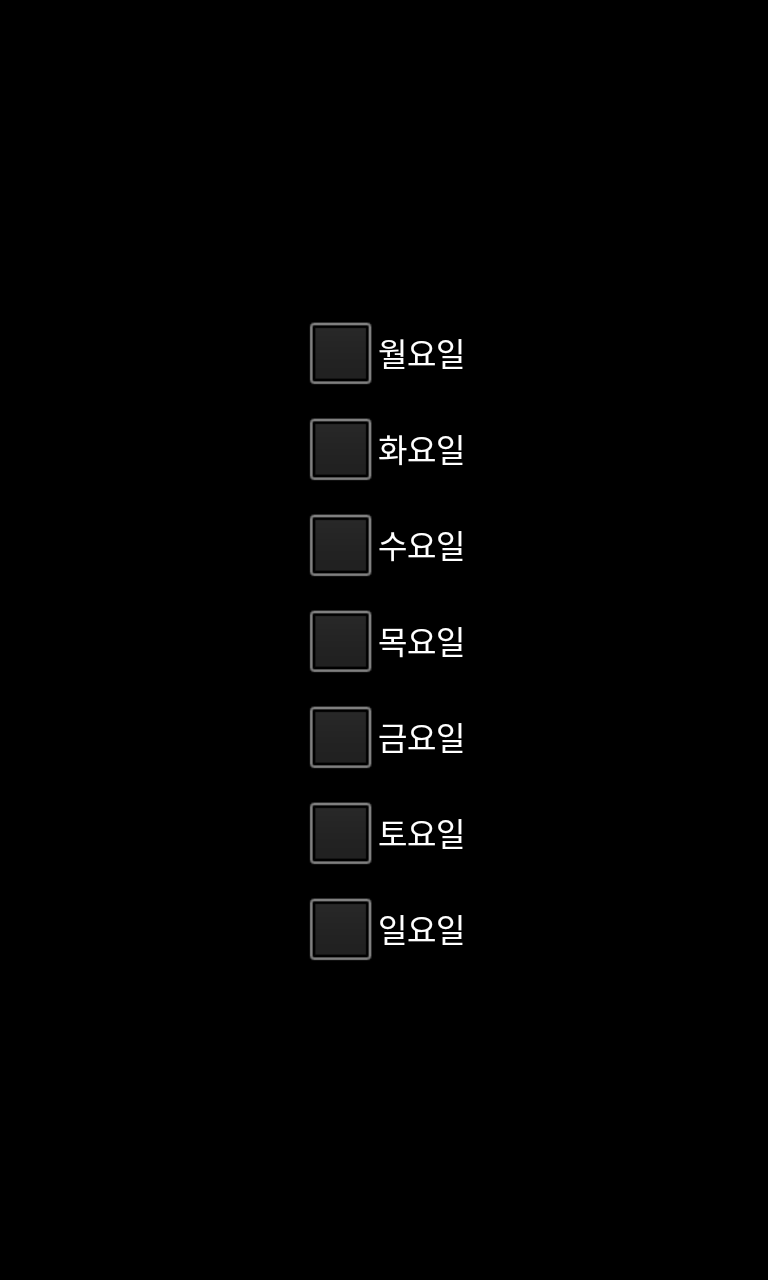
Repository: blacky512/smart_morning_call
Layout: client/SmartMorningCall/res/layout/dayselect_frag.xml
These files come from the project's save history. The layout is drawn as it stood at one moment and after the next save; the edit follows.
It is drawn on a 768 x 1280 px phone screen (xhdpi) without system bars, with theme android:Theme.NoTitleBar; the app's code is not run.

Above is the layout before, as saved 2013-02-19 12:46:51.

After the next save:
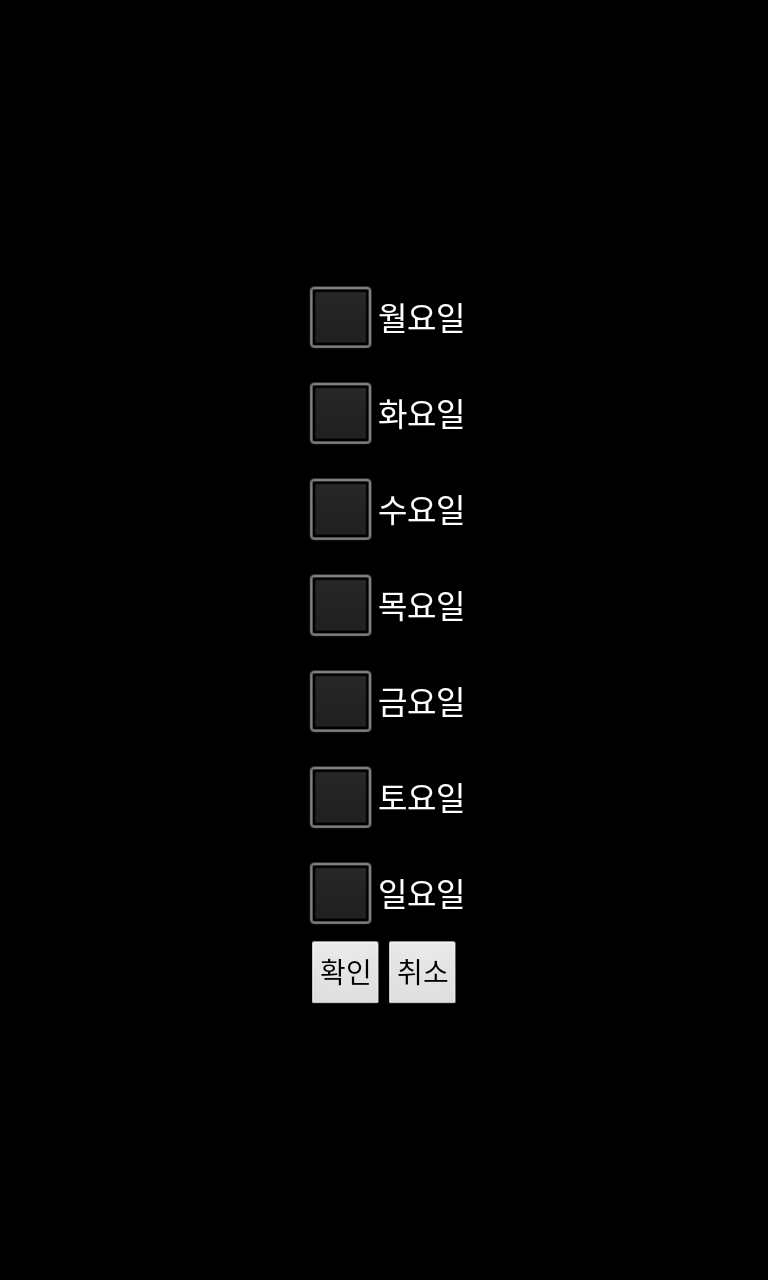
Saved 8 min 8 s later.
--- a/client/SmartMorningCall/res/layout/dayselect_frag.xml
+++ b/client/SmartMorningCall/res/layout/dayselect_frag.xml
@@ -66,6 +66,34 @@
             android:layout_height="wrap_content"
             android:layout_gravity="center_horizontal"
             android:text="일요일" />
+
+        <RelativeLayout
+            android:layout_width="match_parent"
+            android:layout_height="wrap_content" >
+
+            <LinearLayout
+                android:layout_width="wrap_content"
+                android:layout_height="wrap_content"
+                android:layout_centerHorizontal="true" >
+
+                <Button
+                    android:id="@+id/button1"
+                    style="?android:attr/buttonStyleSmall"
+                    android:layout_width="wrap_content"
+                    android:layout_height="wrap_content"
+                    android:text="확인" />
+
+                <Button
+                    android:id="@+id/button2"
+                    style="?android:attr/buttonStyleSmall"
+                    android:layout_width="wrap_content"
+                    android:layout_height="wrap_content"
+                    android:text="취소" />
+
+            </LinearLayout>
+
+        </RelativeLayout>
+
     </LinearLayout>
 
 </RelativeLayout>
